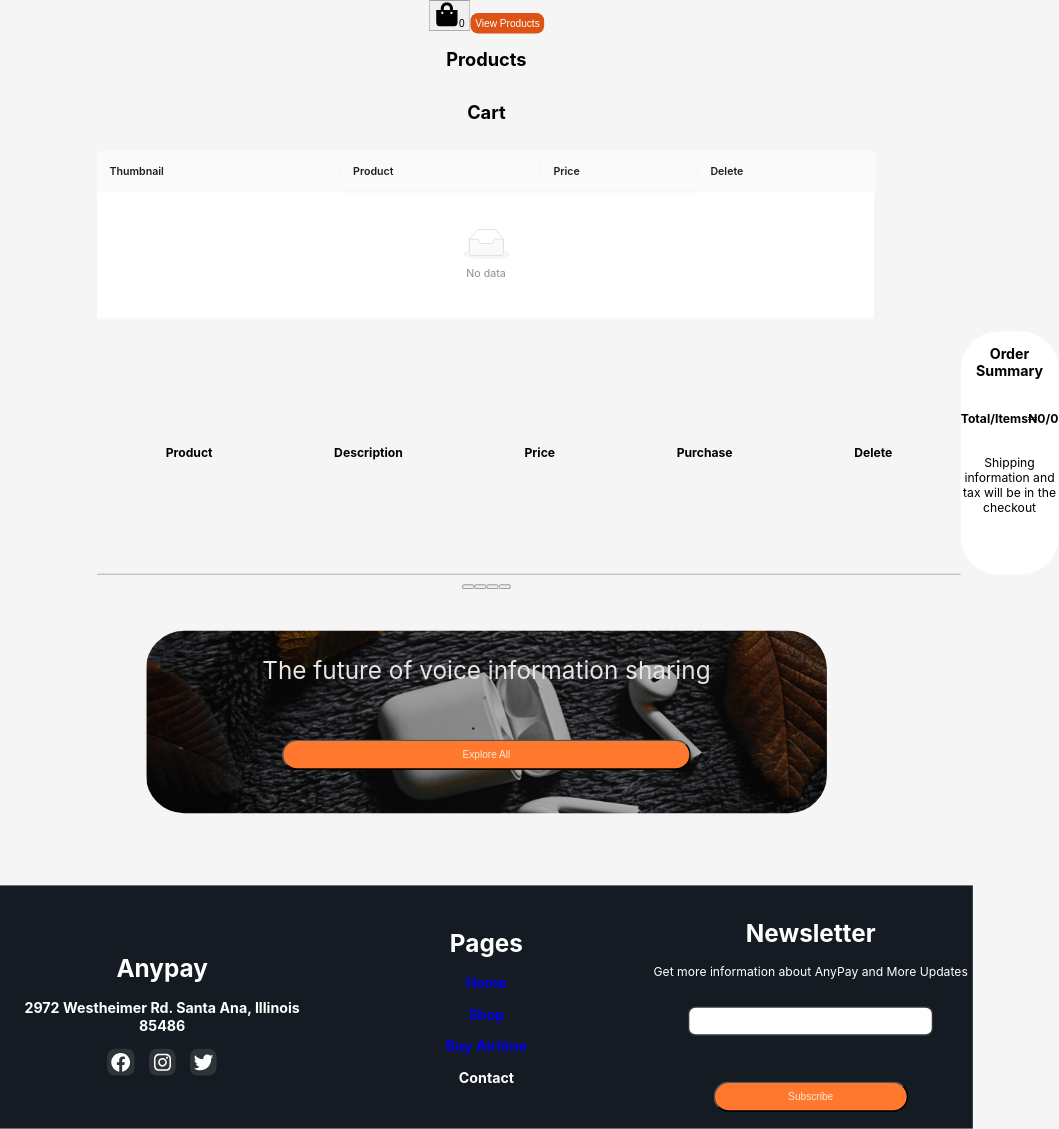
Repository: ValGrace/Ecommerce-project
Page: /prod (app in frontend/), after clicking the first element matching `button`
An editor plug-in stored every save of this project. The page is shown before and after the next save, followed by the edit.
The browser window is 1280 px wide. The page is 1393 px wide, then 1280 px, so the pictures cover 1393 px, including what lies to the right of the window. The pictures show the whole page, at 76% of full size.
The project was rebuilt for these pictures with package versions that can differ from the ones it lists, and the page was loaded fresh each time. Also part of the build but not shown: frontend/src/components/Login.js, frontend/src/components/signup.css, frontend/src/components/Signup.js, frontend/src/components/ChangePass.js, frontend/src/StoreComponents/recommended.js, frontend/src/StoreComponents/images/StorePages/virtualReal.js, frontend/src/StoreComponents/images/StorePages/speakers.js, frontend/src/StoreComponents/images/StorePages/laptops.js and 16 more.

Above is the page before, as saved 2023-07-07 11:26:21.

After the next save:
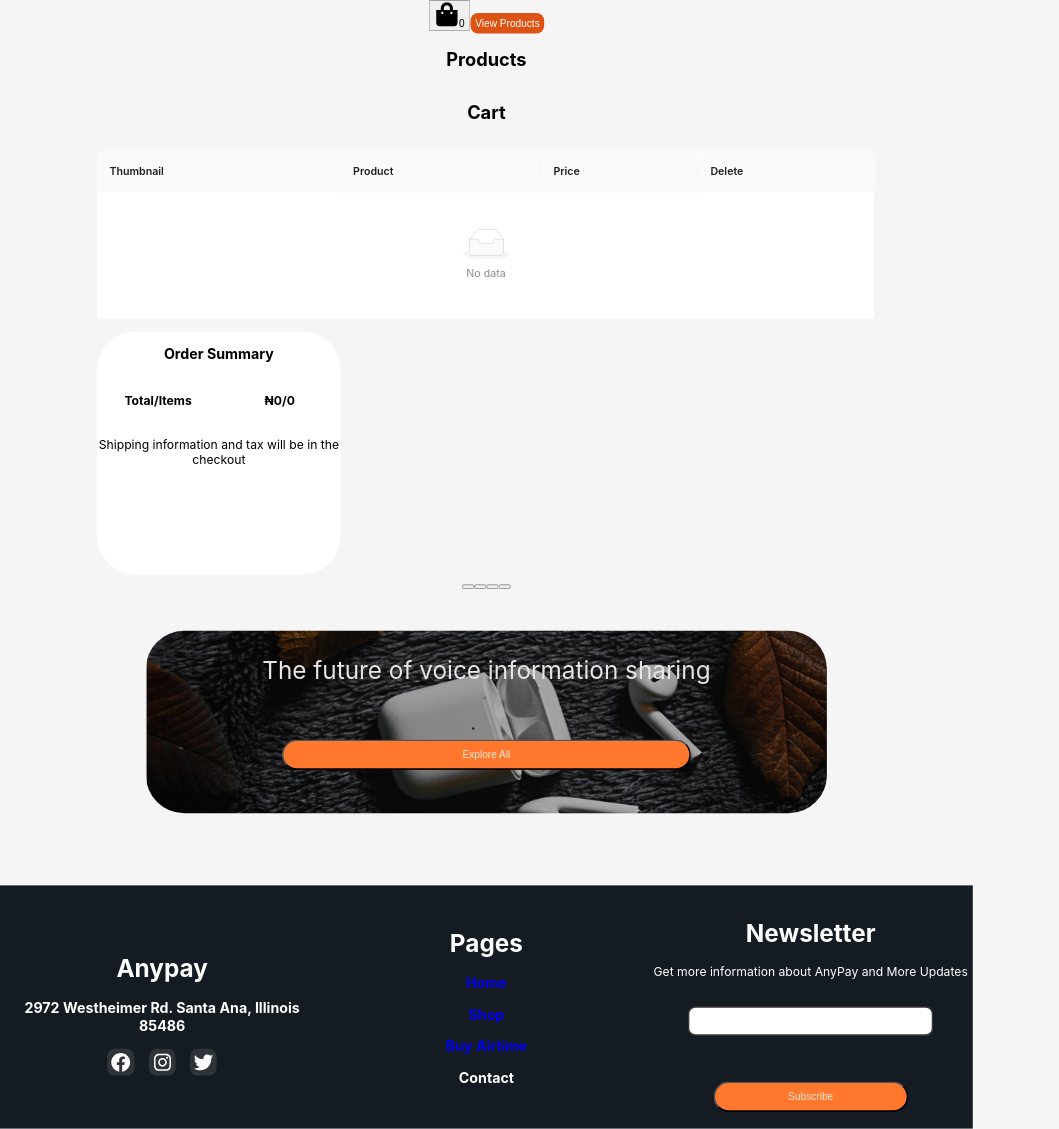
Saved 2 min 18 s later.
--- a/frontend/src/components/AllProducts.js
+++ b/frontend/src/components/AllProducts.js
@@ -140,44 +140,7 @@
 
                </Table>
                <div id="flexing">
-               <table>
-                   <thead>
-                                   <th>
-                                   <td>Product</td>
-                                   <td>Description</td>
-                                   <td>Price</td>
-                                   <td>Purchase</td>
-                                   <td>Delete</td>
 
-                                   </th>
-                     </thead>
-               {cart.map((product, idx)=>{
-                   return (
-                       <div className="sinleDeal"key={idx}>
-                               <tbody>
-                                   <tr>
-                                       <td id="imgnprod">
-                                       <img src={product.image} alt={product.descr} width="100%" height="100%"/>
-                                       </td>
-                                       <td>
-                                       <h5>{product.descr}</h5>
-                                    </td>
-                                    <td>
-                                        <h5>ksh. {product.price}</h5>
-                                    </td>
-                                     {/* <td>
-                                       //<Link to={"/checkout/"+product.descr+"/"+product.price+"/"+total}> <div><FaShoppingBasket  color="orangered"/></div></Link>
-                                        </td> */}
-
-                                    <td>
-                                        <div onClick={()=>removeFromCart(product)}><FaTrash color="orangered"/></div></td>
-                                    </tr>
-                               </tbody>
-                           </div>
-                   )
-
-               })}
-               </table>
                <div className="summary">
                    {renderCart()}
                    <p>Shipping information and tax will be in the checkout</p>
